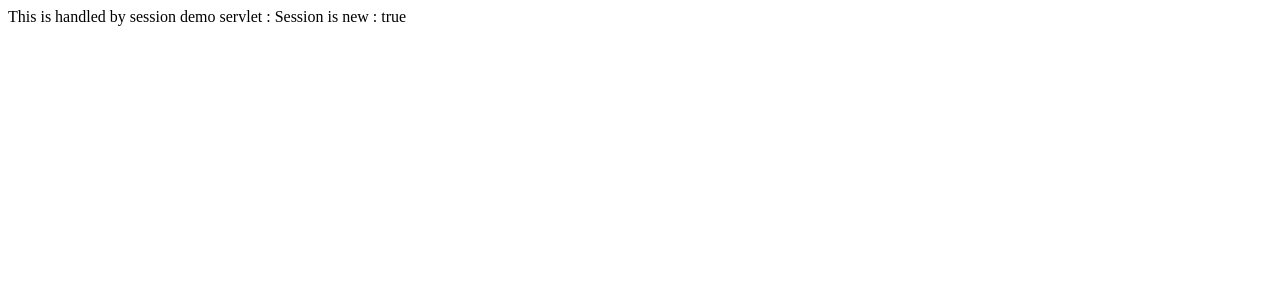
Repository: suraj-repositories/java-practice-2-advance-java-1
Page: http://localhost/Ad_16_SessionIntroduction/session
The author's editor kept a copy of each file at every save. The page is drawn from the files as they stood at one save, then again after the next save.
The browser window is 1280 px wide. The pictures show the whole page.
The page is served by Tomcat 9. Other server files are loaded and not shown.

Above is the page before, as saved 2023-07-24 14:05:27.

### Ad_16_SessionIntroduction/src/main/java/SessionDemoServlet.java
import java.io.IOException;
import java.io.PrintWriter;

import javax.servlet.ServletException;
import javax.servlet.http.HttpServlet;
import javax.servlet.http.HttpServletRequest;
import javax.servlet.http.HttpServletResponse;
import javax.servlet.http.HttpSession;

public class SessionDemoServlet extends HttpServlet {

	@Override
	protected void doGet(HttpServletRequest req, HttpServletResponse resp) throws ServletException, IOException {

		resp.setContentType("text/html");	// setting the type of response

		PrintWriter writer = resp.getWriter();
		writer.write("This is handled by session demo servlet : ");


		HttpSession httpSession = req.getSession();
		boolean isNew = httpSession.isNew();


		writer.write("Session is new : " + isNew);

	}

}

After the next save:
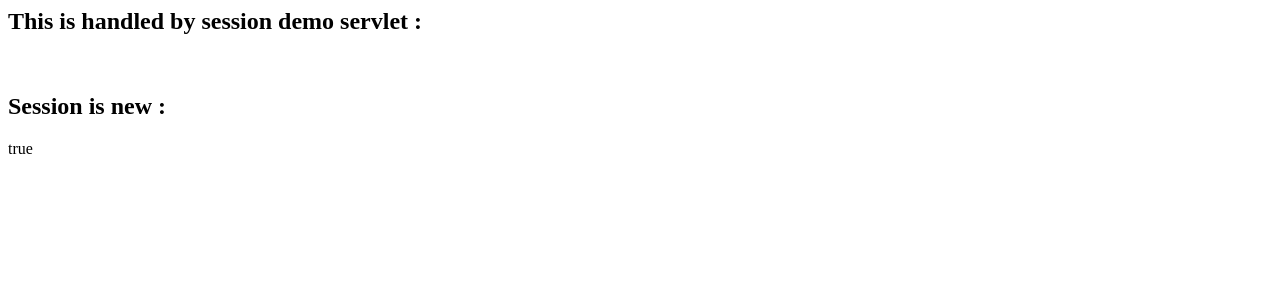
Saved 74 s later.
--- a/Ad_16_SessionIntroduction/src/main/java/SessionDemoServlet.java
+++ b/Ad_16_SessionIntroduction/src/main/java/SessionDemoServlet.java
@@ -15,14 +15,14 @@ public class SessionDemoServlet extends HttpServlet {
 		resp.setContentType("text/html");	// setting the type of response
 
 		PrintWriter writer = resp.getWriter();
-		writer.write("This is handled by session demo servlet : ");
+		writer.write("<h2>This is handled by session demo servlet :</h2> <br>");
 
 
 		HttpSession httpSession = req.getSession();
 		boolean isNew = httpSession.isNew();
 
 
-		writer.write("Session is new : " + isNew);
+		writer.write("<h2>Session is new : </h2>" + isNew);
 
 	}
 
